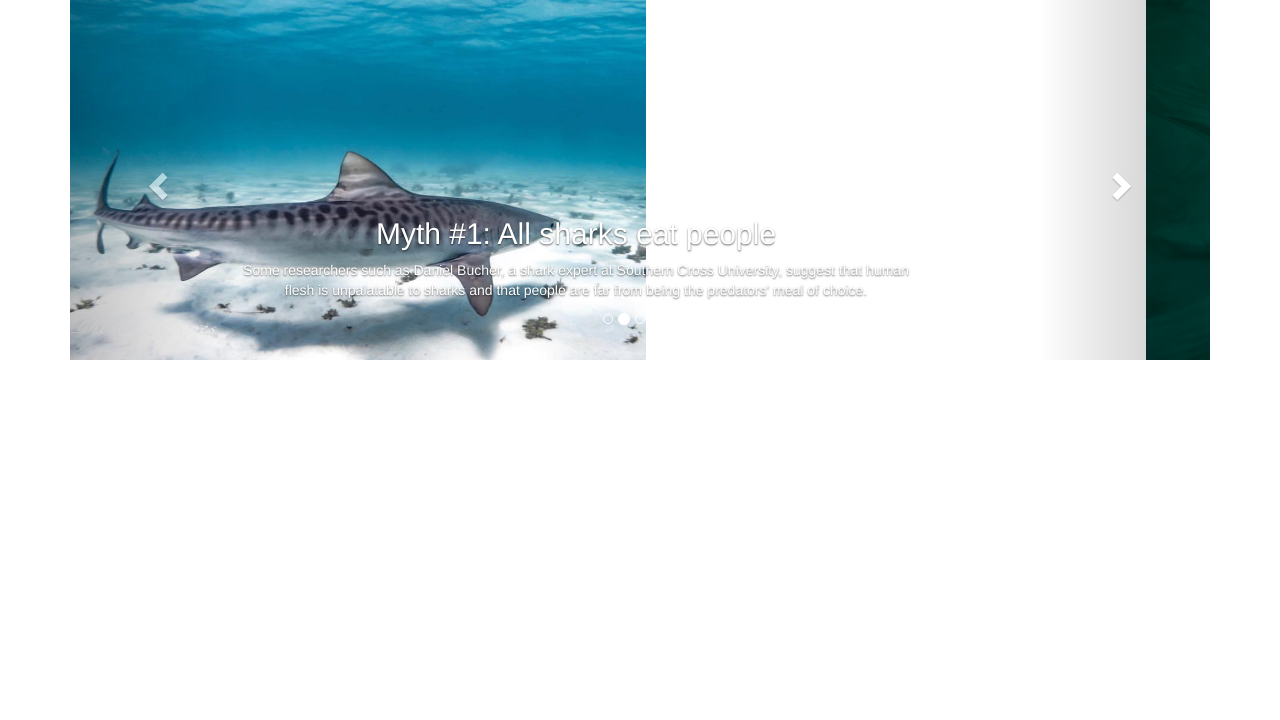
Repository: lacey-crenshaw/carousel
Page: index.html
The author's editor kept a copy of each file at every save. The page is drawn from the files as they stood at one save, then again after the next save.
The browser window is 1280 px wide. The pictures show the whole page.

Above is the page before, as saved 2020-02-16 17:52:53.

After the next save:
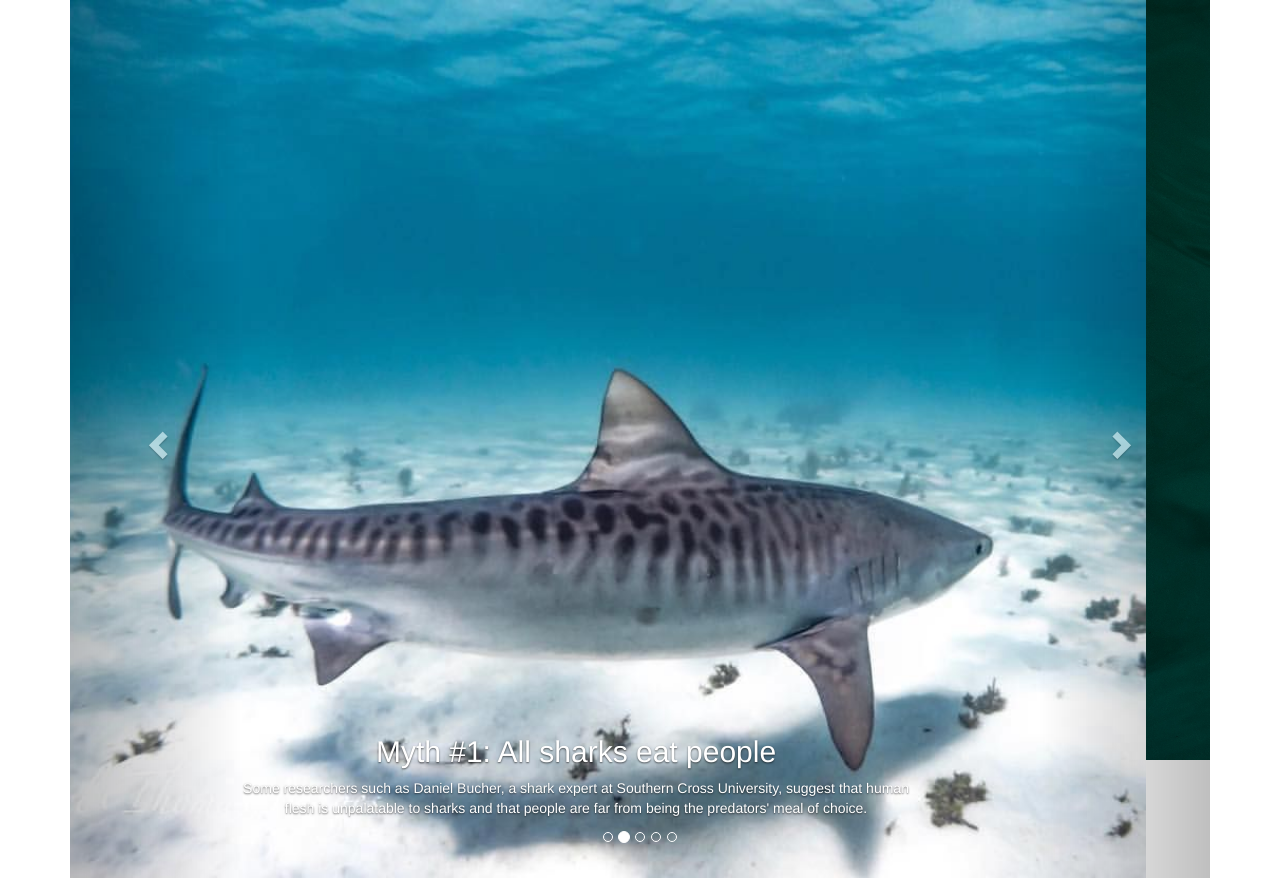
Saved 52 s later.
--- a/images/styles/styles.css
+++ b/images/styles/styles.css
@@ -1,4 +1,3 @@
-.carousel-inner > .item > img {
-    width:640px;
-    height:360px;
-  }
+.carousel-inner > .item > img, .carousel-inner > .item > a > img {
+    width: 100%;
+}
